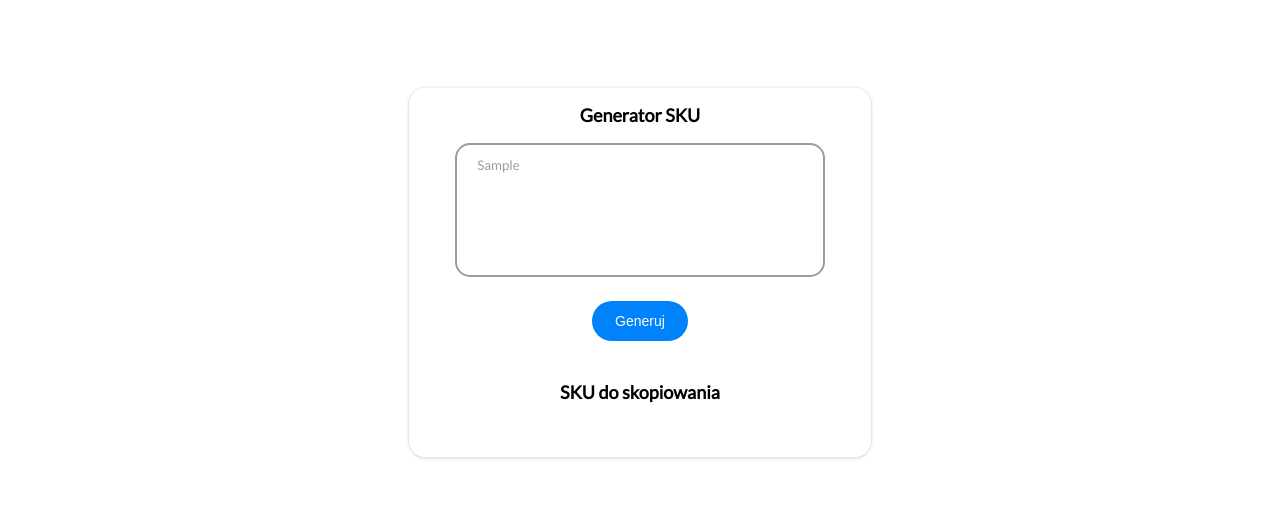
Repository: enowuigrek/Generator-SKU
Page: index.html
The author's editor kept a copy of each file at every save. The page is drawn from the files as they stood at one save, then again after the next save.
The browser window is 1280 px wide. The pictures show the whole page.
Empty fields were first filled with sample values (such as "Sample", 5 or name@example.com).
After loading, the first visible `button.generation__button` was clicked once.
The style sheet was rebuilt from its Sass, Less or Tailwind sources for each picture, by a compiler version that may differ from the author's.

Above is the page before, as saved 2022-11-28 20:00:20.
Console error: TypeError: Cannot read properties of null (reading '1')

### index.html
<!DOCTYPE html>
<html lang="pl">
<head>
  <meta charset="UTF-8">
  <meta http-equiv="X-UA-Compatible" content="IE=edge">
  <meta name="viewport" content="width=device-width, initial-scale=1.0">
  <title>Generator SKU</title>
  <link rel="stylesheet" href="css/style.css">
  <link rel="preconnect" href="https://fonts.googleapis.com">
<link rel="preconnect" href="https://fonts.gstatic.com" crossorigin>
<link href="https://fonts.googleapis.com/css2?family=Lato&display=swap" rel="stylesheet">
</head>
<body>
  <container class="box">
    <h1>Generator SKU</h1>
    <textarea class="links__input"></textarea>
    <button class="generation__button">
      Generuj
    </button>
    <h1>SKU do skopiowania</h1>
    <ul class="result__sku">
    </ul>
  </container>
  <script src="js/script.js"></script>
</body>
</html>

### js/script.js
'use strict';

let inputLinks = document.querySelector('.links__input');
const generationButton = document.querySelector('.generation__button');
const resultSku = document.querySelector('.result__sku');
const skuFromProductLinkMatcher = new RegExp(/\/p\/(\d*)\-/);
let pastedLinks = inputLinks.value;

generationButton.addEventListener('click', generateSku);

function generateSku() {

  let resultToCopy = '';

  const pastedLinks = inputLinks.value;
  const pastedSplitLinks = pastedLinks.split(/\r?\n/);
  const listSku = [];

  console.log(pastedLinks);
  console.log(pastedSplitLinks);

  for (let singleLink of pastedSplitLinks) {

    if (parseInt(singleLink) && singleLink.length < 8) {
      listSku.push(singleLink);
    }else if (RegExp('https://www.x-kom.pl/p/')) {
      const skuFromPastedLinks = skuFromProductLinkMatcher.exec(singleLink)[1];
      console.log(skuFromPastedLinks);
      listSku.push(skuFromPastedLinks);
    }else {
      listSku.push('zjebalo się czyli chyba działa')
    }
  };

  for (let singleSku of listSku) {

    function addZero() {
      if (singleSku.length > 6 ) {
        singleSku = '00' + singleSku
      };
    };
    addZero();

    const listElementSku = '<li>' + singleSku + '</li>'

    resultToCopy = resultToCopy + listElementSku;
  };

  resultSku.innerHTML = resultToCopy;
};

### sass/style.scss
/* Variables */

$color-light: #fff;
$color-dark: rgba(41, 53, 86, 1);

$font-logo: 'Lato', sans-serif;
$font-header: 'Lato', sans-serif;
$font-text: 'Lato', sans-serif;

/* Global */

*, *::before, *::after {
  box-sizing: border-box;
}

h1{
  font-size: 18px;;
}

body {
  font-family: $font-text;
  color: black;
  font-weight: 300;
  font-size: 14px;
  line-height: 1.7;
  display: flex;
  align-items: center;
  justify-content: center;
}

.box {
  margin: 80px 20px;
  display: flex;
  flex-direction: column;
  justify-content: center;
  align-items: center;
  width: 33em;
  height: min-content;
  border-radius: 16px;
  background-color: $color-light;
  box-shadow: rgb(0 0 0 / 8%) 0px 2px 4px 0px, rgb(0 0 0 / 8%) 0px 0px 2px 1px;
}

.links__input {
  font-family: $font-text;
  padding: 12px 20px 86px ;
  width: 80%;
  border: 2px solid;
  color: rgb(156, 156, 156);
  border-radius: 15px;
  resize: none;
}

button {
  background-color: rgb(0, 130, 250);
  font-size: 14px;
  color: rgb(255, 255, 255);
  border: none;
  border-radius: 30px;
  text-decoration: none;
  padding: 0px;
  margin: 24px;
  height: 40px;
  width: 96px;
  cursor: pointer;
  transition: .1s;
  &:hover {
    background-color: rgb(0, 112, 204);
  }
}

.result__sku {
  display: flex;
  flex-direction: column;
  margin-bottom: 24px;
  padding: 0;
  align-items: center;
  list-style-type: none;
}

After the next save:
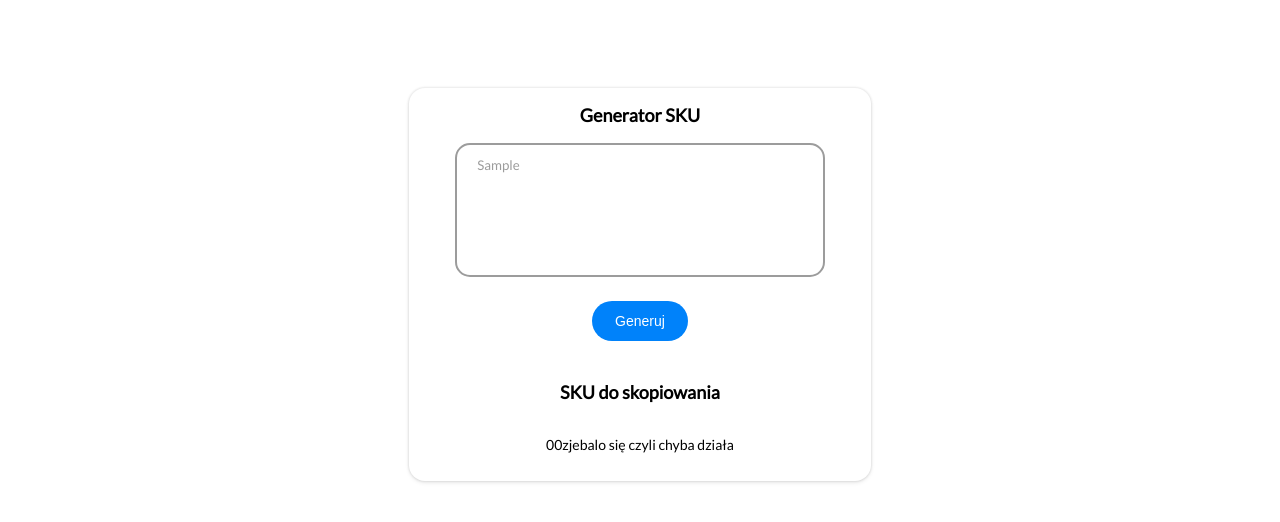
The error is gone.
Saved 2 min 37 s later.
--- a/js/script.js
+++ b/js/script.js
@@ -23,10 +23,10 @@ function generateSku() {
 
     if (parseInt(singleLink) && singleLink.length < 8) {
       listSku.push(singleLink);
-    }else if (RegExp('https://www.x-kom.pl/p/')) {
-      const skuFromPastedLinks = skuFromProductLinkMatcher.exec(singleLink)[1];
-      console.log(skuFromPastedLinks);
-      listSku.push(skuFromPastedLinks);
+    // }else if (RegExp('https://www.x-kom.pl/p/')) {
+    //   const skuFromPastedLinks = skuFromProductLinkMatcher.exec(singleLink)[1];
+    //   console.log(skuFromPastedLinks);
+    //   listSku.push(skuFromPastedLinks);
     }else {
       listSku.push('zjebalo się czyli chyba działa')
     }
